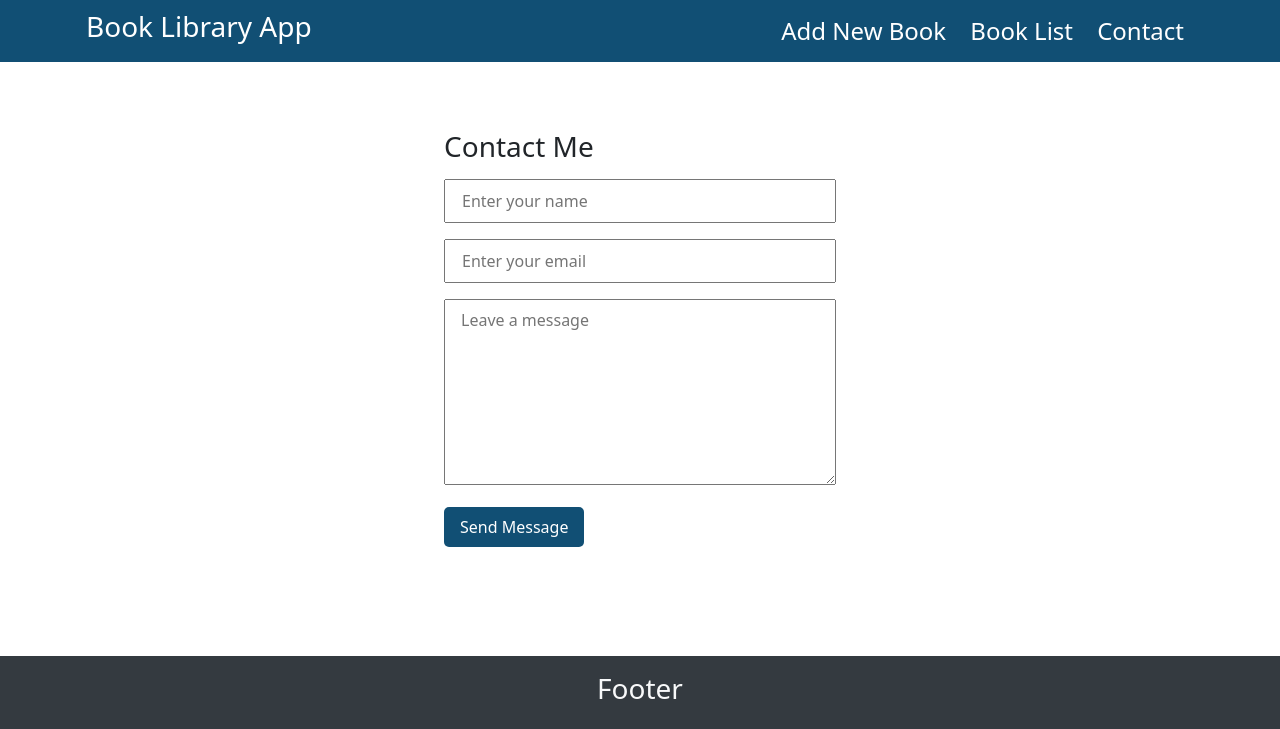
Repository: just-mann/booklibrary-app
Page: http://localhost/contact
The author's editor kept a copy of each file at every save. The page is drawn from the files as they stood at one save, then again after the next save.
The browser window is 1280 px wide. The pictures show the whole page.
The page is served by the project's Node server (app.js).

Above is the page before, as saved 2021-06-06 04:59:41.

After the next save:
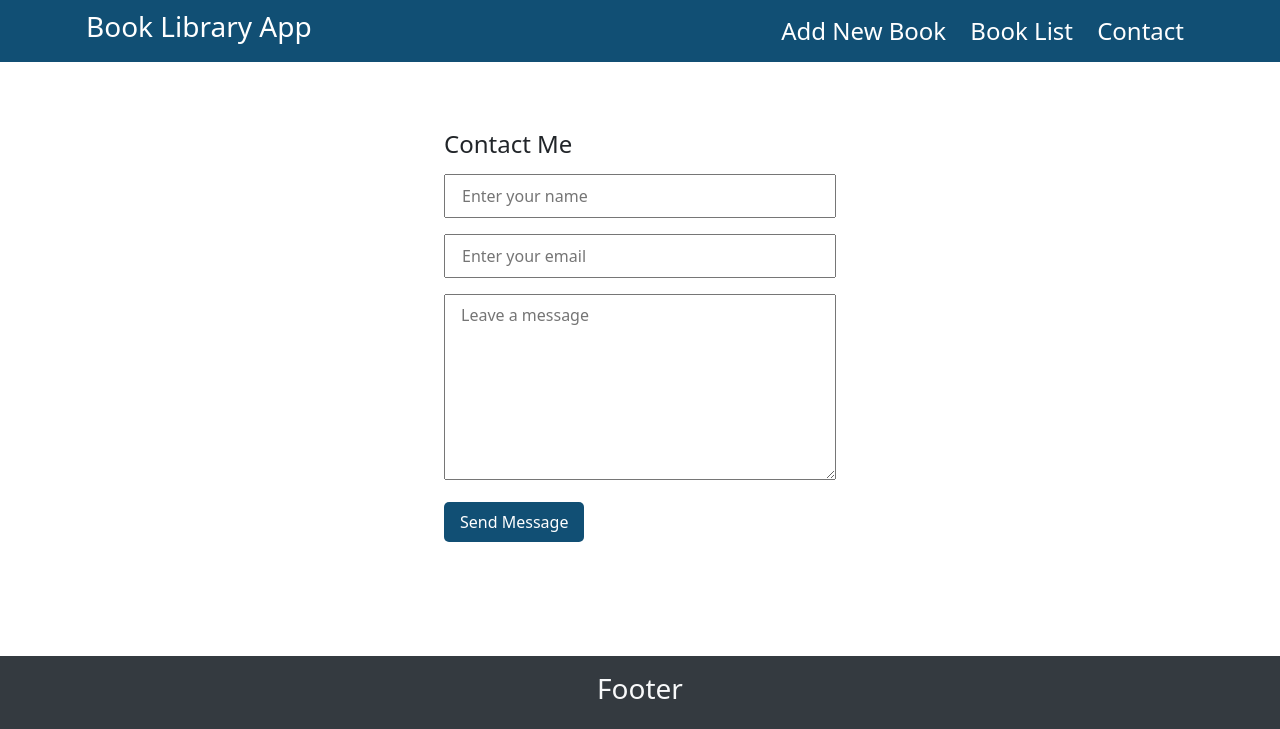
Saved 24 s later.
--- a/views/contact.ejs
+++ b/views/contact.ejs
@@ -6,7 +6,7 @@
     <div class="container py-3 contact">
         <div class="p-5 p-xs-1 p-sm-1 p-md-1 py-2 px-0 mt-5 contactDiv">
             <form class="px-0">
-              <h3>Contact Me</h3>
+              <h4>Contact Me</h4>
                 <div class="my-3">
                   <input class="px-3 py-2 name w-100" type="text" name="name" id="name" placeholder="Enter your name" required>
                 </div>
